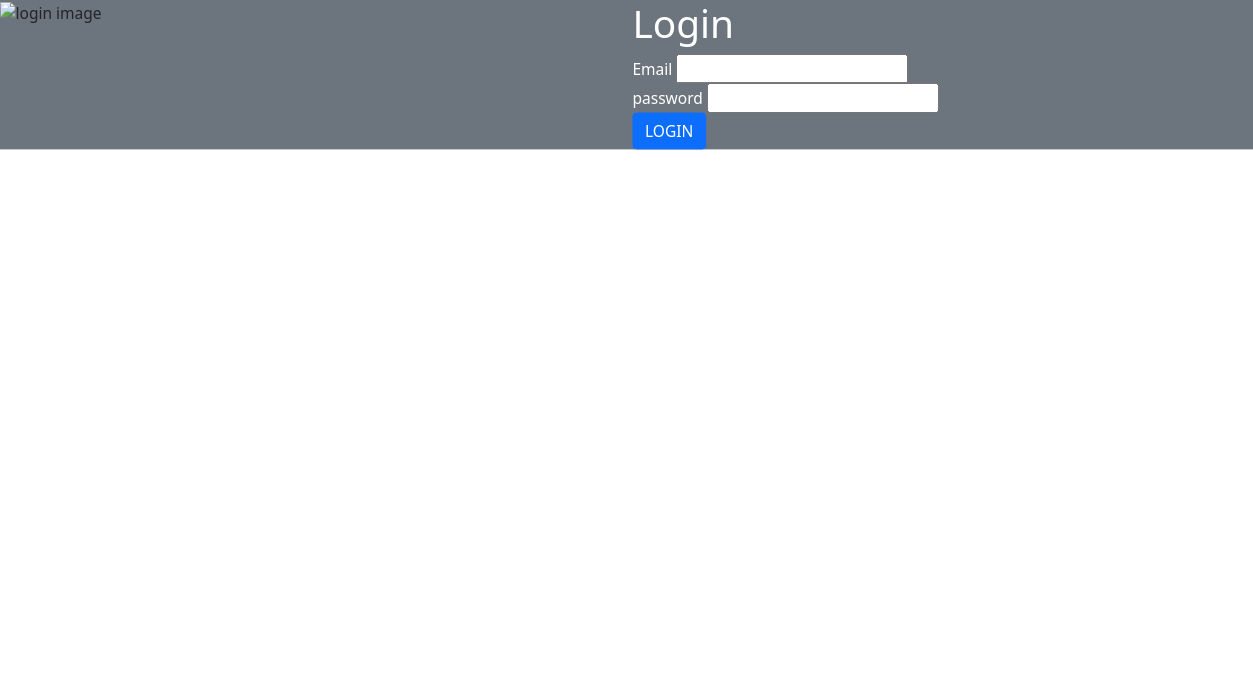
Repository: DavidManiIbrahim/Voting-app
Page: Login.html
The author's editor kept a copy of each file at every save. The page is drawn from the files as they stood at one save, then again after the next save.
The browser window is 1280 px wide. The page is 1292 px wide, so the pictures cover 1292 px, including what lies to the right of the window. The pictures show the whole page, at 97% of full size.

Above is the page before, as saved 2025-01-18 06:50:56.

### Login.html
<!DOCTYPE html>
<html lang="en">
<head>
    <meta charset="UTF-8">
    <meta name="viewport" content="width=device-width, initial-scale=1.0">
    <title>Login Page</title>
    <link rel="stylesheet" href="./bootstrap.css">
</head>
<body>

<div class="row bg-secondary">
    <div class="col-md">
        <img src="./" alt="login image" class="img-fluid">
    </div>
    <div class="col-md text-white align-items-center">
        <h1>Login</h1>
        <form action="" class="">
            <label for="email">Email
                <input type="text">
            </label> <br>
            <label for="password">password
                <input type="password">
            </label> <br>
            <button class="btn btn-primary">LOGIN</button>
        </form>
    </div>
</div>








<script src="./bootstrap.min.js"></script>
</body>
</html>

### index.html
<!DOCTYPE html>
<html lang="en">
<head>
    <meta charset="UTF-8">
    <meta name="viewport" content="width=device-width, initial-scale=1.0">
    <title>Voting app</title>
    <link rel="stylesheet" href="./bootstrap.css">
    <link rel="stylesheet" href="./styles.css">
</head>
<body>

<!-- NavBar -->

    <nav class="navbar navbar-expand-lg bg-dark text-white ">
        <div class="container">
            <a href="#" class="navbar-brand text-white ">Voting App</a>


            <button class="navbar-toggler" data-bs-target="#navmenu" data-bs-toggle="collapse">
                <span class="navbar-toggler-icon bg-primary"></span>
            </button>
            <div class="collapse navbar-collapse " id="navmenu">
                <ul class="navbar-nav ms-auto text-center">
                    <li class="nav-link text-white">About</li>
                    <li class="nav-link text-white">Contact</li>
                    <a class="nav-link btn btn-primary text-white">Login</a>
                </ul>
            </div>
</div>
    </nav>

<!-- Hero Section -->

<div class="row h-100 curtain">
    <div class="col-md ">
        <img src="./unsplash_LA1VawaCjjI.svg" class="img-fluid" alt="" class="img-fluid">
    </div>
    <div class="col-md m-auto" >
        <div class="container-fluid text-center lead m-auto text-white" id="content">
            <h2>Be part of a decision</h2>
            <h2 class="text-primary">Vote Today</h2>
            <div class="">
                <button class="btn btn-primary">Register</button>
                <button class="btn btn-primary">Read More</button>
            </div>
        </div>
    </div>
</div>

<!-- About Section -->

<div class="row p-2 about d-sm-inline-flex bg-secondary">
    <div class=" text-center box">

            <h1 class=" text-decoration-underline">About</h1>

    </div>
    <div class=" text ">
        <p class="lead">An Online voting system that will replace the old balot
        paper system. Over the time we have utilized the required
        technology in every sector to improve efficiency and save the
           extra resources. But the votig systemis still very
           expensive and requires bigger workforce. The system is slower
           and still not completely tamper proof. We bring the system that
           is safe, reliable and solve the modern issues like higher
           reachability of the booth, the crowd free voting, inexpensive,
           faster results and others.
        </p>
        <!-- <p class="wrap">Lorem ipsum dolor sit amet consectetur adipisicing elit. Doloribus asperiores quaerat quam blanditiis et error quia dolore temporibus accusantium adipisci deleniti, corrupti distinctio sapiente explicabo tempora atque perspiciatis obcaecati molestiae?</p> -->
        <!-- <p class="wrap">Lorem ipsum dolor sit amet consectetur adipisicing elit. Doloribus asperiores quaerat quam blanditiis et error quia dolore temporibus accusantium adipisci deleniti, corrupti distinctio sapiente explicabo tempora atque perspiciatis obcaecati molestiae?</p> -->
        <!-- <p class="wrap">Lorem ipsum dolor sit amet consectetur adipisicing elit. Doloribus asperiores quaerat quam blanditiis et error quia dolore temporibus accusantium adipisci deleniti, corrupti distinctio sapiente explicabo tempora atque perspiciatis obcaecati molestiae?</p> -->
        <!-- <p class="wrap">Lorem ipsum dolor sit amet consectetur adipisicing elit. Doloribus asperiores quaerat quam blanditiis et error quia dolore temporibus accusantium adipisci deleniti, corrupti distinctio sapiente explicabo tempora atque perspiciatis obcaecati molestiae?</p> -->
    </div>
</div>

<!-- feature section -->

<div class="row p-2 about d-sm-inline-flex">
    <div class=" text-center box">

            <h1 class=" text-decoration-underline">Feature</h1>

    </div>
    <div class=" text ">
        <ul class="list-unstyled list-group-flush">
            <li class="nav-item p-3 gap-2"> <img src="./" alt="lock">Secured by 256 bit encryption</li>
            <li class="nav-item p-3 gap-2"><img src="./" alt="eth"> Backed by ethereum based technology</li>
            <li class="nav-item p-3 gap-2"><img src="./" alt="verified">Verifiable Transaction</li>
            <li class="nav-item p-3 gap-2"><img src="./" alt="tap">Easy to use</li>
            <li class="nav-item p-3 gap-2"><img src="./" alt="cheap">Cheaper than balot voting system</li>
            <li class="nav-item p-3 gap-2"><img src="./" alt="fast">Faster voting process</li>
        </ul>

    </div>
</div>



    <script src="./bootstrap.min.js"></script>
</body>
</html>

Loaded but not shown: bootstrap.css (library); bootstrap.min.js (library)

After the next save:
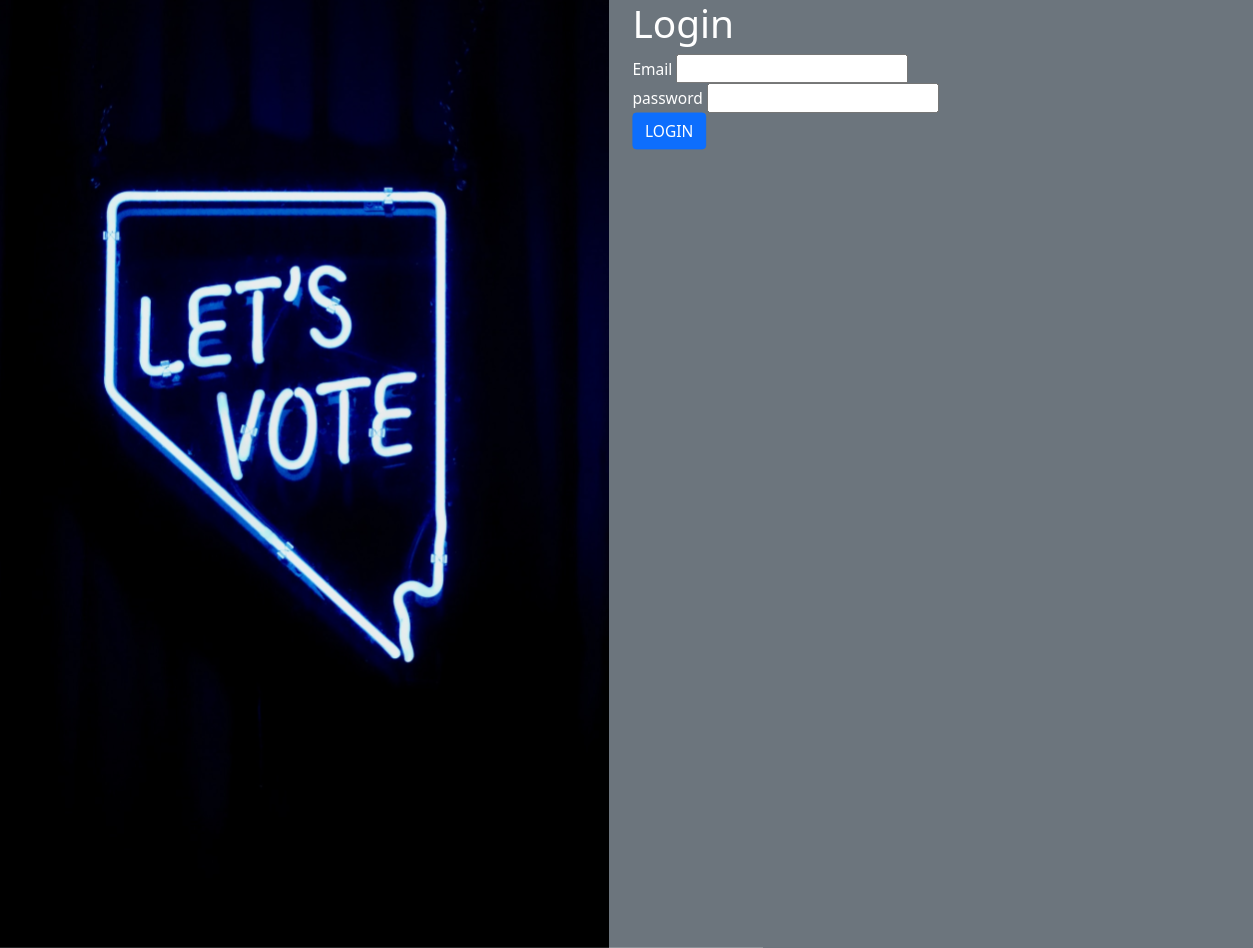
Saved 32 s later.
--- a/Login.html
+++ b/Login.html
@@ -10,7 +10,7 @@
 
 <div class="row bg-secondary">
     <div class="col-md">
-        <img src="./" alt="login image" class="img-fluid">
+        <img src="./unsplash_LA1VawaCjjI.svg" alt="login image" class="img-fluid">
     </div>
     <div class="col-md text-white align-items-center">
         <h1>Login</h1>
